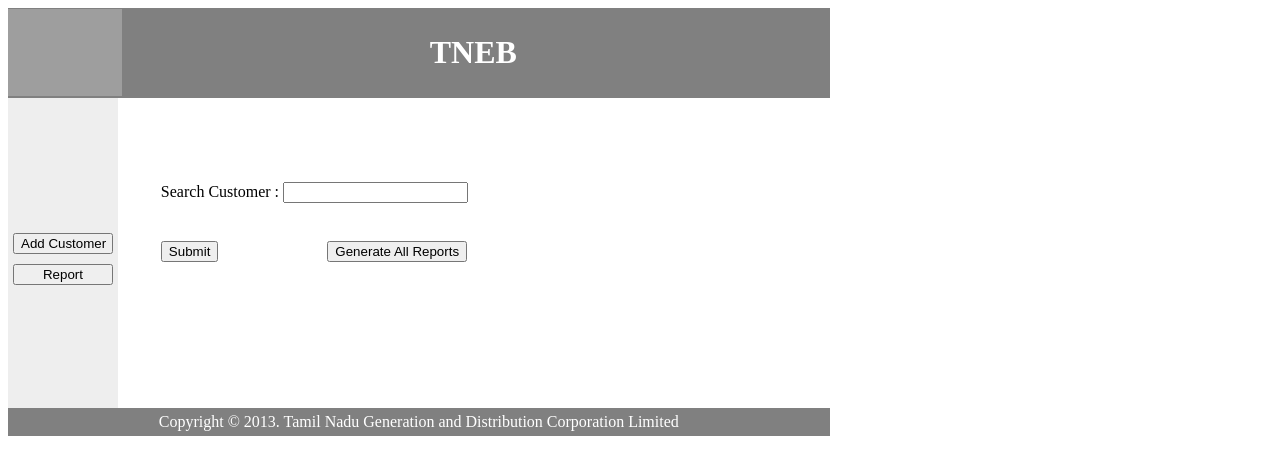
Repository: vjbrocode/Hackathon
Page: http://localhost/TNEB_billing/BillReport.jsp
An editor plug-in stored every save of this project. The page is shown before and after the next save, followed by the edit.
The browser window is 1280 px wide. The pictures show the whole page.
Pictures or frames that could not be fetched are drawn as grey boxes. Some web libraries are served in a nearby version. The page is served by Tomcat 9. Other server files are loaded and not shown.

Above is the page before, as saved 2015-07-06 20:58:36.

### workspace/TNEB billing/WebContent/BillReport.jsp
<%@ page language="java" contentType="text/html; charset=ISO-8859-1"
   pageEncoding="ISO-8859-1"%>
<!DOCTYPE html PUBLIC "-//W3C//DTD HTML 4.01 Transitional//EN" "http://www.w3.org/TR/html4/loose.dtd">
<html>
   <head>
      <meta http-equiv="Content-Type" content="text/html; charset=ISO-8859-1">
      <title>TNEB</title>
      <style>
	     #container{
			width:65%;
		 }
         #header {
         background-color:grey;
         color:white;
         text-align:center;
         padding:5px;
         }
         #nav {
         line-height:30px;
         background-color:#eeeeee;
         height:300px;
         width:100px;
         float:left;
         padding:5px;
         }
         #section {
         width:350px;
         float:left;
         padding:10px;
		  margin-top: 9%;
		  margin-left: 4%;
         }
         #footer {
         background-color:grey;
         color:white;
         clear:both;
         text-align:center;
         padding:5px;
         }
      </style>
   </head>
   <script src="https://ajax.googleapis.com/ajax/libs/jquery/1.11.3/jquery.min.js"></script>
   <script>
   function myfunction(){
	    var divHtml = '<div>Customer Name : <input type="text" name="custName"></div>';
	        divHtml = divHtml+ '<div>Customer Id : <input type="text" name="newCustId" style="margin-left: 7%;"></div>';
			divHtml = divHtml+ '<div>Address : <input type="text" name="address" style="margin-left: 14.75%;">';
			divHtml = divHtml+ '<input type="submit" name="insertCust" value="Insert"></div>';
	     $('#section').html(divHtml);
	   }
   function myReportfun(){
	   var divhtml = 'Search Customer : <input type="text" value=""  name="report" />';
			   divhtml = divhtml+'<input type="submit" value="Submit" />';
				divhtml = divhtml+'<input type="submit" value="Generate All Reports" name="report" style="margin-top: 11%; margin-left: 30%;" />';
		$('#section').html(divhtml);
   }
   </script>
   <body>
      <form action="serv/bill" method="post">
	  <div id="container">
         <div id="header">
			<img src="C:\Users\Administrator\Desktop\tneblogo.jpg" style="width: 114px; height: 87px; margin-top: -4px; margin-left: -5px; float: left;"/>
            <h1>TNEB</h1>
         </div>
         <div id="nav">
            <input type="button" value="Add Customer" onclick="myfunction();" style="width:100%;margin-top: 130%;">
            <input type="button" value="Report" onclick="myReportfun();" style="width:100%; margin-top: 10%;">
         </div>
         <div id="section">
             Search Customer : <input type="text" value=""  name="custId" />
 	         <input type="submit" value="Submit" />
  	         <input type="submit" value="Generate All Reports" name="report" style="margin-top: 11%; margin-left: 30%;" />
         </div>
         <div id="footer">
           Copyright © 2013.  Tamil Nadu Generation and Distribution Corporation Limited
         </div>
		</div>
      </form>
   </body>
</html>

After the next save:
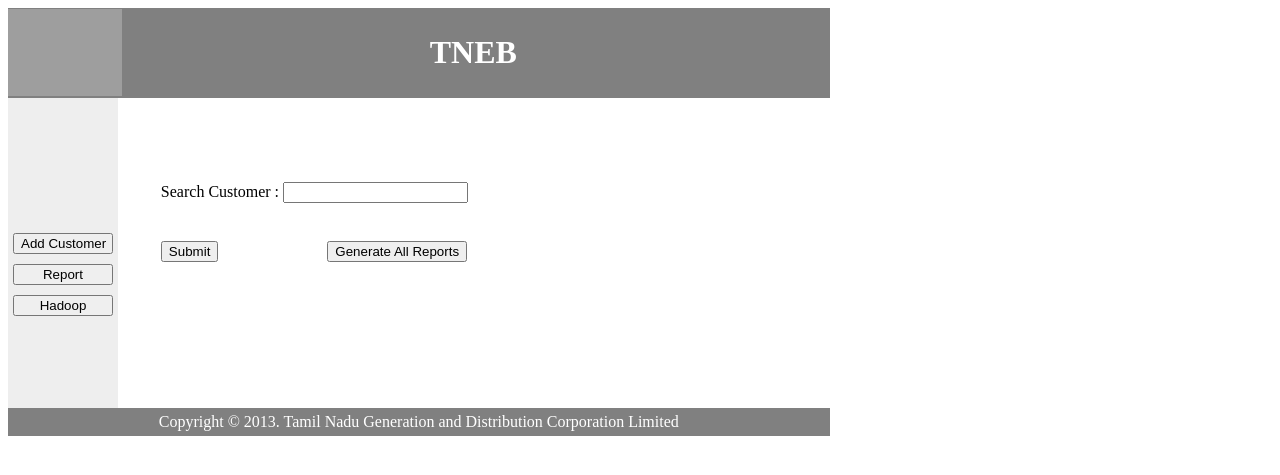
Saved 2 min 9 s later.
--- a/workspace/TNEB billing/WebContent/BillReport.jsp
+++ b/workspace/TNEB billing/WebContent/BillReport.jsp
@@ -65,6 +65,7 @@
          <div id="nav">
             <input type="button" value="Add Customer" onclick="myfunction();" style="width:100%;margin-top: 130%;">
             <input type="button" value="Report" onclick="myReportfun();" style="width:100%; margin-top: 10%;">
+            <input type="submit" value="Hadoop" name="hadoop" style="width:100%; margin-top: 10%;">
          </div>
          <div id="section">
              Search Customer : <input type="text" value=""  name="custId" />
